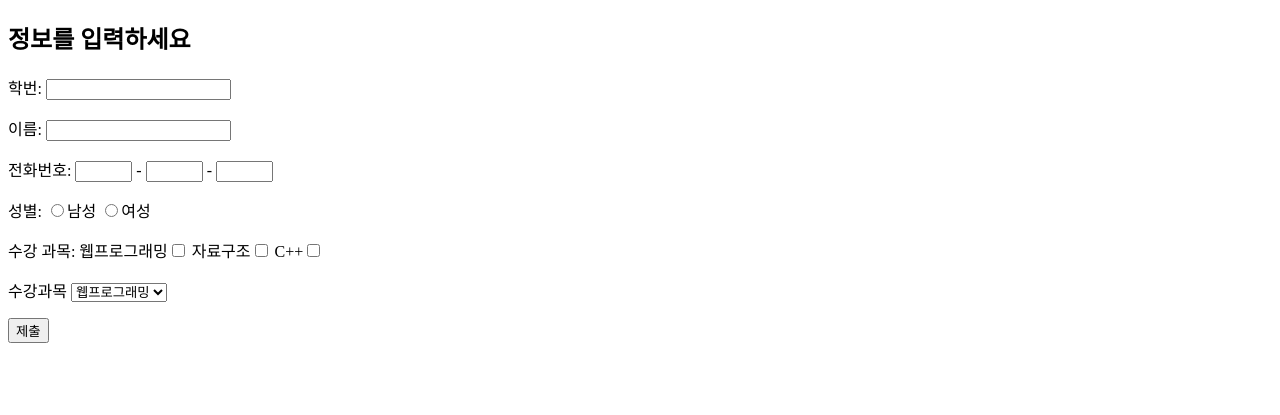
Repository: xxeionw/java_form
Page: http://localhost/formpro/form.jsp
The author's editor kept a copy of each file at every save. The page is drawn from the files as they stood at one save, then again after the next save.
The browser window is 1280 px wide. The pictures show the whole page.
The page is served by Tomcat 9.

Above is the page before, as saved 2025-05-26 08:05:35.

After the next save:
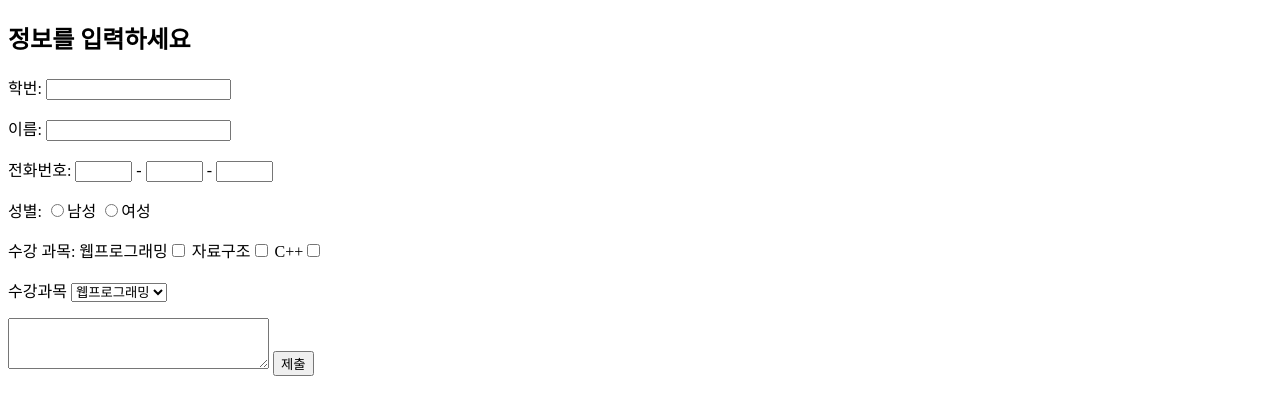
Saved 106 s later.
--- a/formpro/src/main/webapp/form.jsp
+++ b/formpro/src/main/webapp/form.jsp
@@ -28,6 +28,7 @@
                 <option value="알고리즘">알고리즘</option>
             </select>
         </p>
+        <textarea name = "comment" cols="30" rows="3"></textarea>
         <input type="submit" value="제출">
     </form>
 </body>
